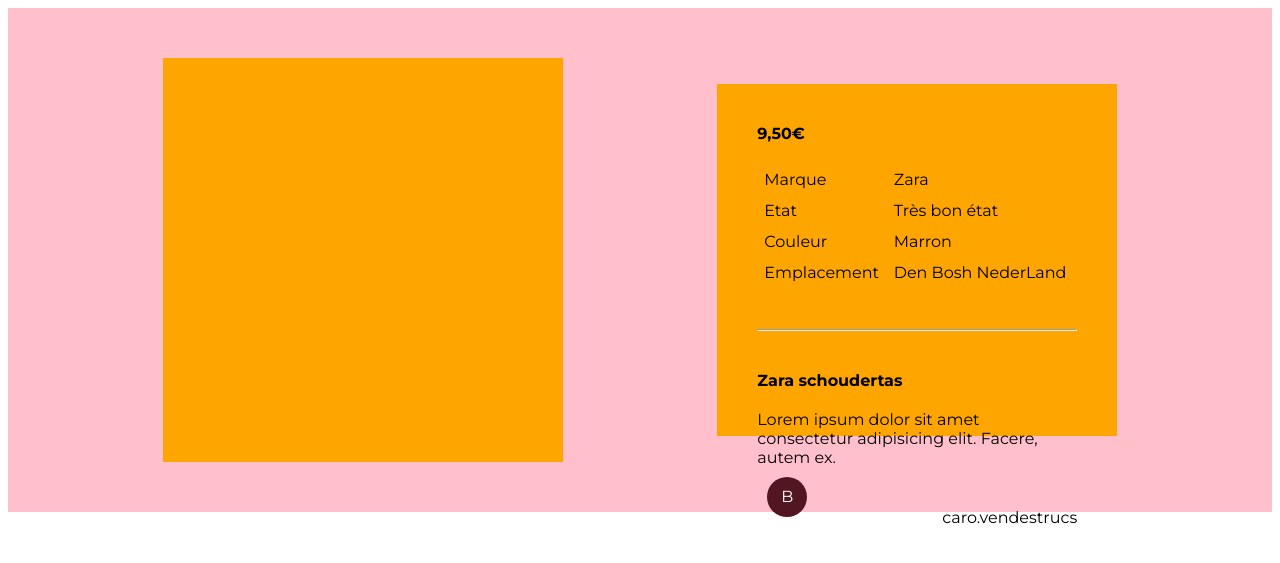
Repository: mel-in-a/vinted-front-clone
Page: html/offer.html
These files come from the project's save history. The page is drawn as it stood at one moment and after the next save; the edit follows.
The browser window is 1280 px wide. The pictures show the whole page.

Above is the page before, as saved 2021-07-29 16:51:21.

### html/offer.html
<!DOCTYPE html>
<html lang="en">
  <head>
    <meta charset="UTF-8" />
    <meta http-equiv="X-UA-Compatible" content="IE=edge" />
    <meta name="viewport" content="width=device-width, initial-scale=1.0" />
    <link rel="preconnect" href="https://fonts.googleapis.com" />
    <link rel="preconnect" href="https://fonts.gstatic.com" crossorigin />
    <link
      href="https://fonts.googleapis.com/css2?family=Montserrat:wght@100;200;300;400;500;600;700;800;900&display=swap"
      rel="stylesheet"
    />
    <link rel="stylesheet" href="/offer.css" />
    <title>Document</title>
  </head>
  <body>
    <div class="offer">
      <div class="left"></div>
      <div class="right">
        <div class="price">9,50€</div>

        <table>
          <tr>
            <td>Marque</td>
            <td>Zara</td>
          </tr>
          <tr>
            <td>Etat</td>
            <td>Très bon état</td>
          </tr>
          <tr>
            <td>Couleur</td>
            <td>Marron</td>
          </tr>
          <tr>
            <td>Emplacement</td>
            <td>Den Bosh NederLand</td>
          </tr>
        </table>

        <hr />
        <div class="title">Zara schoudertas</div>
        <div class="description">
          Lorem ipsum dolor sit amet consectetur adipisicing elit. Facere, autem
          ex.
        </div>
        <div class="horizontal">
          <div class="avatar">B</div>
          <div class="username">caro.vendestrucs</div>
        </div>
      </div>
    </div>
  </body>
</html>

### html/offer.css
* {
  font-family: "Montserrat", sans-serif;
}
.offer {
  width: 100%;
  display: flex;
  background-color: pink;
  height: 70vh;
  justify-content: space-evenly;
  align-items: center;
  flex-shrink: 0;
}

.offer .left,
.offer .right {
  width: 400px;
  background-color: orange;
}
.offer .left {
  height: 80%;
}
.offer .right {
  height: 70%;
  padding: 40px;
  box-sizing: border-box;
}

.offer .horizontal {
  display: flex;
  flex-direction: row;
  justify-content: space-between;
  align-items: flex-end
}

.offer table {
  width: 100%;
}

.offer td {
  padding: 5px;
}
.offer hr {
  margin: 40px 0;
}

.offer .title {
  font-weight: 700;
  margin-bottom: 20px;
}

.offer .price {
  font-weight: 700;
  margin-bottom: 20px;
}

.offer .avatar {
  width: 40px;
  height: 40px;
  border-radius: 50%;
  margin: 10px;
  background-color: rgb(82, 22, 32);
  text-align: center;

  color: white;
  vertical-align: middle;
  line-height: 40px;
}

After the next save:
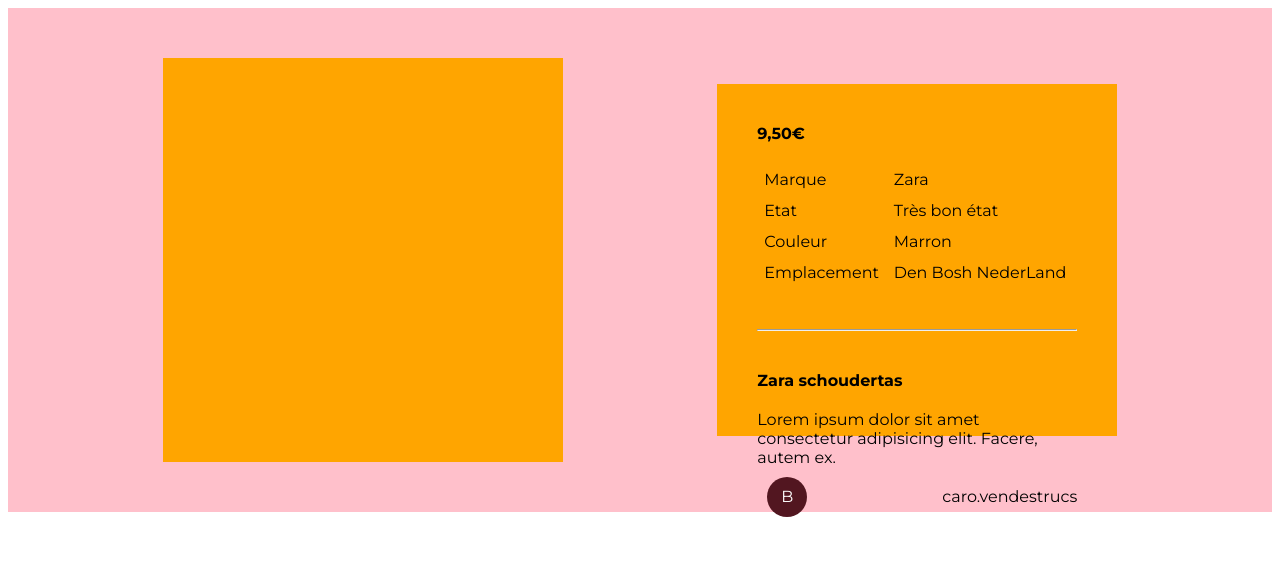
Saved 7 s later.
--- a/html/offer.css
+++ b/html/offer.css
@@ -29,7 +29,7 @@
   display: flex;
   flex-direction: row;
   justify-content: space-between;
-  align-items: flex-end
+  align-items: center;
 }
 
 .offer table {
